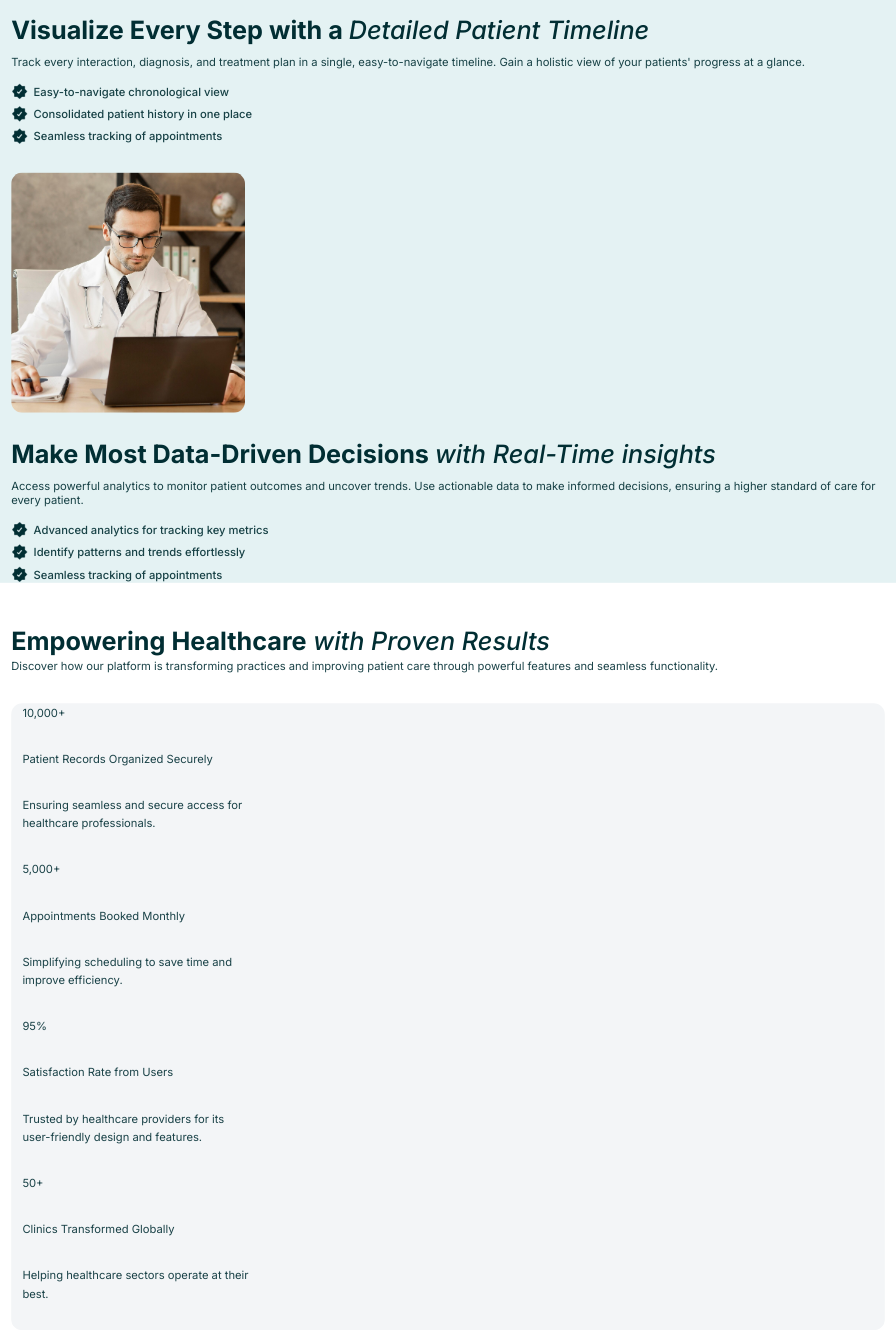
Repository: DiegoWWeege/recuperacao-prova-front-end
Page: index.html
The author's editor kept a copy of each file at every save. The page is drawn from the files as they stood at one save, then again after a run of saves.
The browser window is 1280 px wide. The pictures show the part of the page from y = 1952 to 3872 px (the page is 3852 px tall before and 3872 px after), at 70% of full size.

Above is the page before, as saved 2026-06-22 18:52:00.

After the next 2 saves:
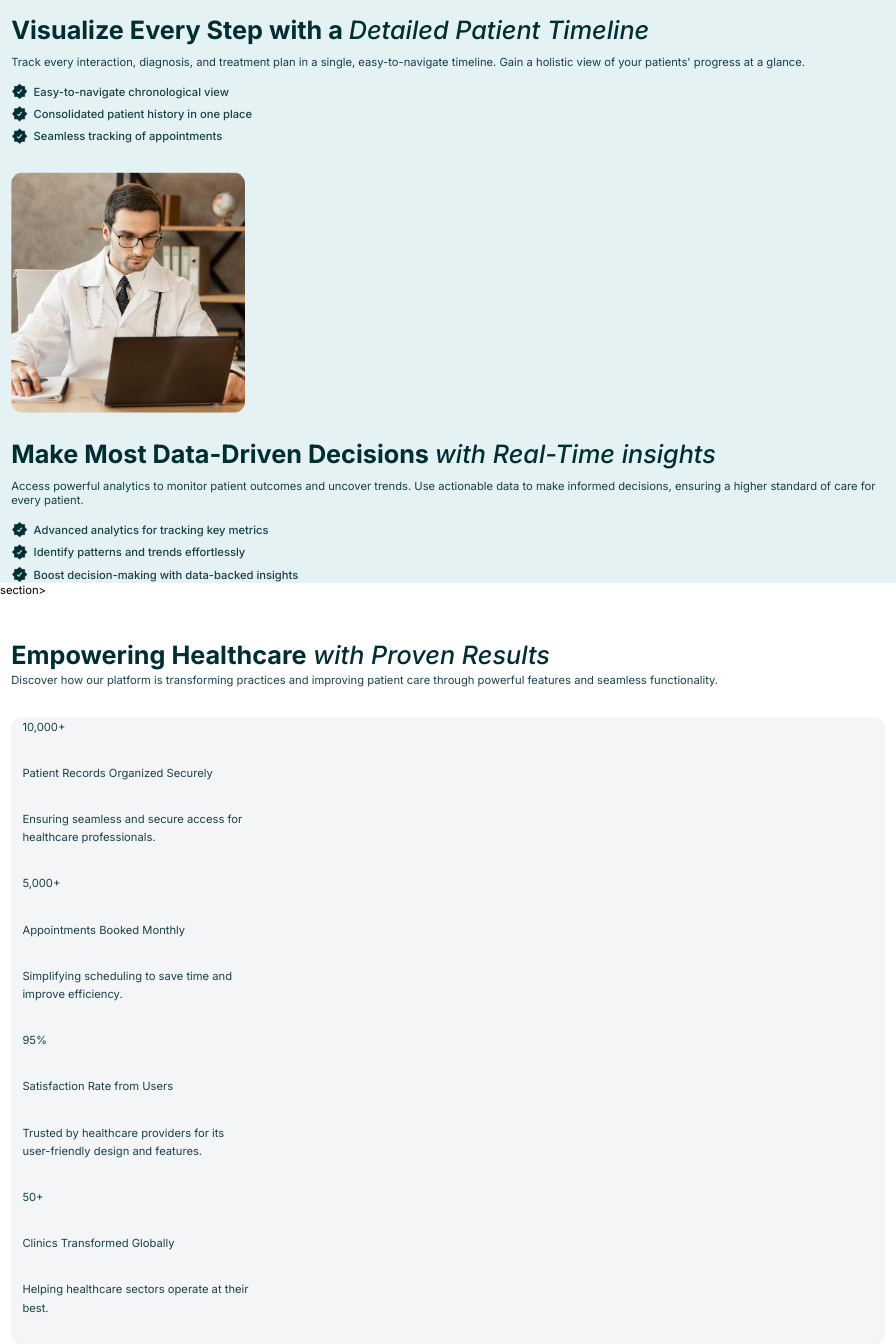
The 2 saves are shown as one change because they came seconds apart.
The last was saved 6 s later.
--- a/index.html
+++ b/index.html
@@ -94,7 +94,7 @@
                 <p class = "benefit">Identify patterns and trends effortlessly</p>
 
                 <img src="icons/checkmark-badge-02.png" alt="">
-                <p class = "benefit">Seamless tracking of appointments</p>
+                <p class = "benefit">Boost decision-making with data-backed insights</p>
 
             </section>
 
@@ -103,6 +103,9 @@
     </section>
 
     <section class = "section-empowering-healthcare">
+        <section>
+
+        </section>section>
         <h2>Empowering Healthcare<span> with Proven Results</span></h2>
 
         <p>Discover how our platform is transforming practices and improving

After the 4 saves that followed:
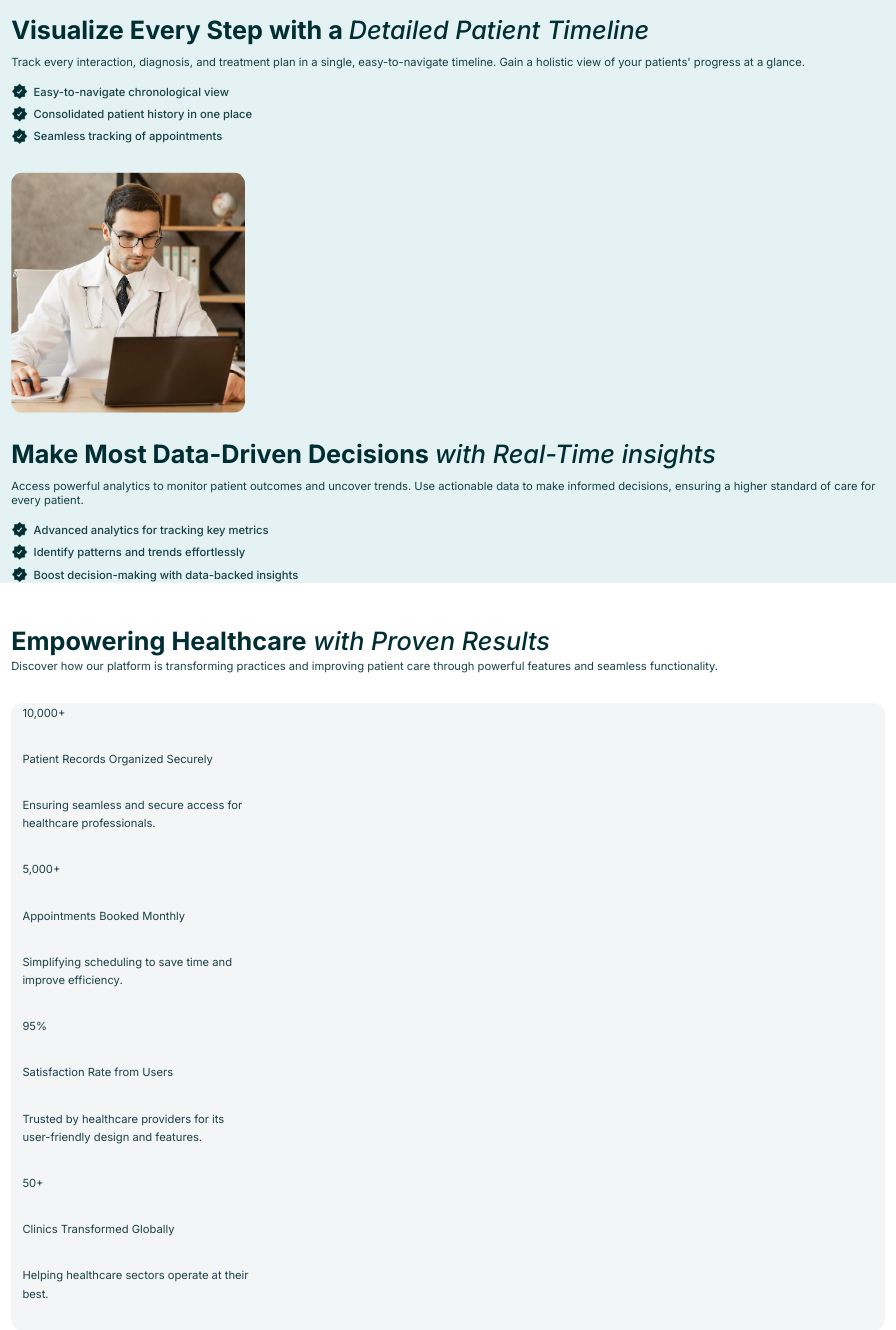
The 4 saves are shown as one change because 2 left the picture as it was and some came seconds apart.
The last was saved 21 s later.
--- a/index.html
+++ b/index.html
@@ -103,9 +103,9 @@
     </section>
 
     <section class = "section-empowering-healthcare">
-        <section>
+        <section class = "main-text">
 
-        </section>section>
+        </section>
         <h2>Empowering Healthcare<span> with Proven Results</span></h2>
 
         <p>Discover how our platform is transforming practices and improving
